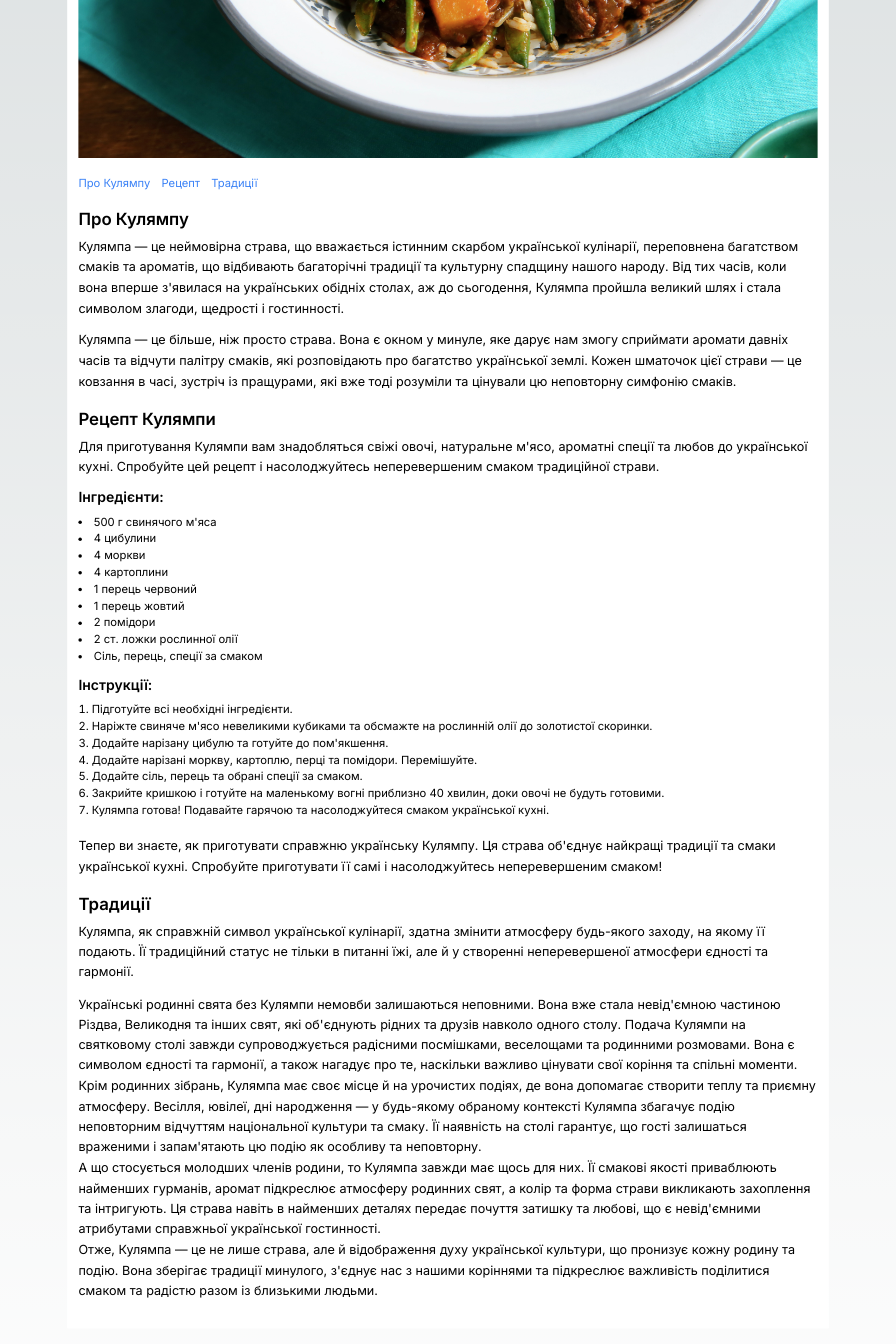
Repository: nika-otter/Kulyampa
Page: /
The author's editor kept a copy of each file at every save. The page is drawn from the files as they stood at one save, then again after the next save.
The browser window is 1280 px wide. The pictures show the part of the page from y = 734 to 2654 px (the page is 2940 px tall before and 3668 px after), at 70% of full size.
The project was rebuilt for these pictures with package versions that can differ from the ones it lists, and the page was loaded fresh each time. The framework's server and built-in components were replaced by stand-ins that run in the browser. Also part of the build but not shown: next.config.js.

Above is the page before, as saved 2023-08-19 02:23:56.

### app/layout.tsx
import Header from '@/components/Header'
import Footer from '@/components/Footer'
import './globals.css'
import type { Metadata } from 'next'
import { Inter } from 'next/font/google'

const inter = Inter({ subsets: ['latin'] })

export const metadata: Metadata = {
  title: 'Кулямпа',
  description: 'Йовбак Ніка Ігорівна жосткий SEO 18082023',
}

export default function RootLayout({
  children,
}: {
  children: React.ReactNode
}) {
  return (
    <html lang="en">
      <head>
        <meta name="google-site-verification" content="2mgyOlwwhb-FOBIHL0X8Rst2spNoz82k-JcZP-eiwag" />
      </head>
      <body className={inter.className}>
        <Header />

        <main className="flex min-h-screen flex-col items-center justify-between p-24">
            {children}
          </main>
        <Footer/>
        </body>

    </html>
  )
}

### app/page.tsx
import Kulyampa from '@/components/Kulyampa'
import Image from 'next/image'

export default function Home() {
  return (
    <>
      <Kulyampa />
    </>
  )
}

### components/Header.tsx
import Link from 'next/link'
import React from 'react'

const Header = () => {
  return (
    <header className="bg-gray-800 text-white py-4 px-4">
      <div className="container mx-auto flex justify-between items-center">
        <h1 className="text-xl font-semibold">Кулямпа</h1>
        <nav>
          <div className="flex space-x-4">
            <Link href="/">Кулямпа</Link>
            <Link href="/YN">SEO</Link>

          </div>
        </nav>
      </div>
    </header>
  )
}

export default Header

### components/Footer.tsx
import React from "react";

const Footer = () => {
  return (
    <footer className="bg-gray-800 text-white py-6 px-6">
      <div className="container mx-auto">
        <div className="grid grid-cols-1 md:grid-cols-3 gap-6">
          <div className="col-span-1 md:col-span-2">
            <h2 className="text-xl font-semibold mb-4">About Us</h2>
            <p className="text-gray-400">
              Lorem ipsum dolor sit amet, consectetur adipiscing elit. Sed nec
              feugiat libero, eu congue orci.
            </p>
          </div>
          <div>
            <h2 className="text-xl font-semibold mb-4">Contact Us</h2>
            <p className="text-gray-400">1234 Elm Street, City, Country</p>
            <p className="text-gray-400">contact@example.com</p>
            <p className="text-gray-400">123-456-7890</p>
          </div>
        </div>
        <div className="mt-6 ">
          <p className="text-gray-400 ">
            &copy; {new Date().getFullYear()} My Website. All rights reserved.
          </p>
        </div>
      </div>
    </footer>
  );
};

export default Footer;

### components/Kulyampa.tsx
import Image from 'next/image'
import React from 'react'

const Kulyampa = () => {
  return (
    <div className="bg-white p-4">
      <h1 className="text-3xl font-bold mb-4">Кулямпа: Традиційна українська страва</h1>
      <p className="text-gray-600 mb-2">Опубліковано 18 серпня 2023</p>
      <Image
        src="/ca-creative-yzFO7e_87fs-unsplash.jpg"
        alt="Кулямпа"
        className="w-full h-auto mb-6"
        width={128}
        height={128}
      />

      <nav className="mb-6">
        <ul className="flex space-x-4">
          <li>
            <a href="#about" className="text-blue-500 hover:underline">Про Кулямпу</a>
          </li>
          <li>
            <a href="#recipe" className="text-blue-500 hover:underline">Рецепт</a>
          </li>
          <li>
            <a href="#traditions" className="text-blue-500 hover:underline">Традиції</a>
          </li>
        </ul>
      </nav>

      <section id="about" className="mb-6">
        <h2 className="text-2xl font-semibold mb-2">Про Кулямпу</h2>
        <p className="text-lg leading-relaxed mb-4">
          <p className="text-lg leading-relaxed mb-4">
            <span>Кулямпа </span>
           — це неймовірна страва, що вважається істинним скарбом української кулінарії,
          переповнена багатством смаків та ароматів, що відбивають багаторічні традиції та культурну спадщину нашого народу.
          Від тих часів, коли вона вперше з'явилася на українських обідніх столах, аж до сьогодення,
          Кулямпа пройшла великий шлях і стала символом злагоди, щедрості і гостинності.
        </p>
        <p className="text-lg leading-relaxed mb-4">
          Кулямпа — це більше, ніж просто страва. Вона є окном у минуле, яке дарує нам змогу сприймати аромати давніх часів
          та відчути палітру смаків, які розповідають про багатство української землі. Кожен шматочок цієї страви — це ковзання в часі,
          зустріч із пращурами, які вже тоді розуміли та цінували цю неповторну симфонію смаків.
        </p>
        </p>
      </section>

      <section id="recipe" className="mb-6">
        <h2 className="text-2xl font-semibold mb-2">Рецепт Кулямпи</h2>
        <p className="text-lg leading-relaxed mb-4">
        Для приготування Кулямпи вам знадобляться свіжі овочі, натуральне м'ясо,
        ароматні спеції та любов до української кухні. Спробуйте цей рецепт і
        насолоджуйтесь неперевершеним смаком традиційної страви.
      </p>

      <h3 className="text-xl font-semibold mb-2">Інгредієнти:</h3>
      <ul className="list-disc list-inside mb-4">
        <li>500 г свинячого м'яса</li>
        <li>4 цибулини</li>
        <li>4 моркви</li>
        <li>4 картоплини</li>
        <li>1 перець червоний</li>
        <li>1 перець жовтий</li>
        <li>2 помідори</li>
        <li>2 ст. ложки рослинної олії</li>
        <li>Сіль, перець, спеції за смаком</li>
      </ul>

      <h3 className="text-xl font-semibold mb-2">Інструкції:</h3>
      <ol className="list-decimal list-inside mb-6">
        <li>Підготуйте всі необхідні інгредієнти.</li>
        <li>Наріжте свиняче м'ясо невеликими кубиками та обсмажте на рослинній олії до золотистої скоринки.</li>
        <li>Додайте нарізану цибулю та готуйте до пом'якшення.</li>
        <li>Додайте нарізані моркву, картоплю, перці та помідори. Перемішуйте.</li>
        <li>Додайте сіль, перець та обрані спеції за смаком.</li>
        <li>Закрийте кришкою і готуйте на маленькому вогні приблизно 40 хвилин, доки овочі не будуть готовими.</li>
        <li>Кулямпа готова! Подавайте гарячою та насолоджуйтеся смаком української кухні.</li>
      </ol>

      <p className="text-lg leading-relaxed">
        Тепер ви знаєте, як приготувати справжню українську Кулямпу. Ця страва
        об'єднує найкращі традиції та смаки української кухні. Спробуйте приготувати
        її самі і насолоджуйтесь неперевершеним смаком!
      </p>
      </section>

      <section id="traditions" className="mb-6">
        <h2 className="text-2xl font-semibold mb-2">Традиції</h2>
        <p className="text-lg leading-relaxed mb-4">
          Кулямпа, як справжній символ української кулінарії, здатна змінити атмосферу будь-якого заходу, на якому її подають.
          Її традиційний статус не тільки в питанні їжі, але й у створенні неперевершеної атмосфери єдності та гармонії.
        </p>
        <p className="text-lg leading-relaxed">
          Українські родинні свята без Кулямпи немовби залишаються неповними. Вона вже стала невід'ємною частиною Різдва, Великодня та інших свят,
          які об'єднують рідних та друзів навколо одного столу. Подача Кулямпи на святковому столі завжди супроводжується радісними посмішками,
          веселощами та родинними розмовами. Вона є символом єдності та гармонії, а також нагадує про те, наскільки важливо цінувати свої коріння та спільні моменти.
        </p>
        <p className="text-lg leading-relaxed">
          Крім родинних зібрань, Кулямпа має своє місце й на урочистих подіях, де вона допомагає створити теплу та приємну атмосферу. Весілля, ювілеї, дні народження —
          у будь-якому обраному контексті Кулямпа збагачує подію неповторним відчуттям національної культури та смаку. Її наявність на столі гарантує, що гості залишаться враженими
          і запам'ятають цю подію як особливу та неповторну.
        </p>
        <p className="text-lg leading-relaxed">
          А що стосується молодших членів родини, то Кулямпа завжди має щось для них. Її смакові якості приваблюють найменших гурманів, аромат підкреслює атмосферу родинних свят,
          а колір та форма страви викликають захоплення та інтригують. Ця страва навіть в найменших деталях передає почуття затишку та любові, що є невід'ємними атрибутами справжньої української гостинності.
        </p>
        <p className="text-lg leading-relaxed">
          Отже, Кулямпа — це не лише страва, але й відображення духу української культури, що пронизує кожну родину та подію. Вона зберігає традиції минулого, з'єднує нас з нашими коріннями
          та підкреслює важливість поділитися смаком та радістю разом із близькими людьми.
        </p>
      </section>


    </div>
  )
}

export default Kulyampa

Loaded but not shown: app/globals.css (common file); tailwind.config.ts (common file)

After the next save:
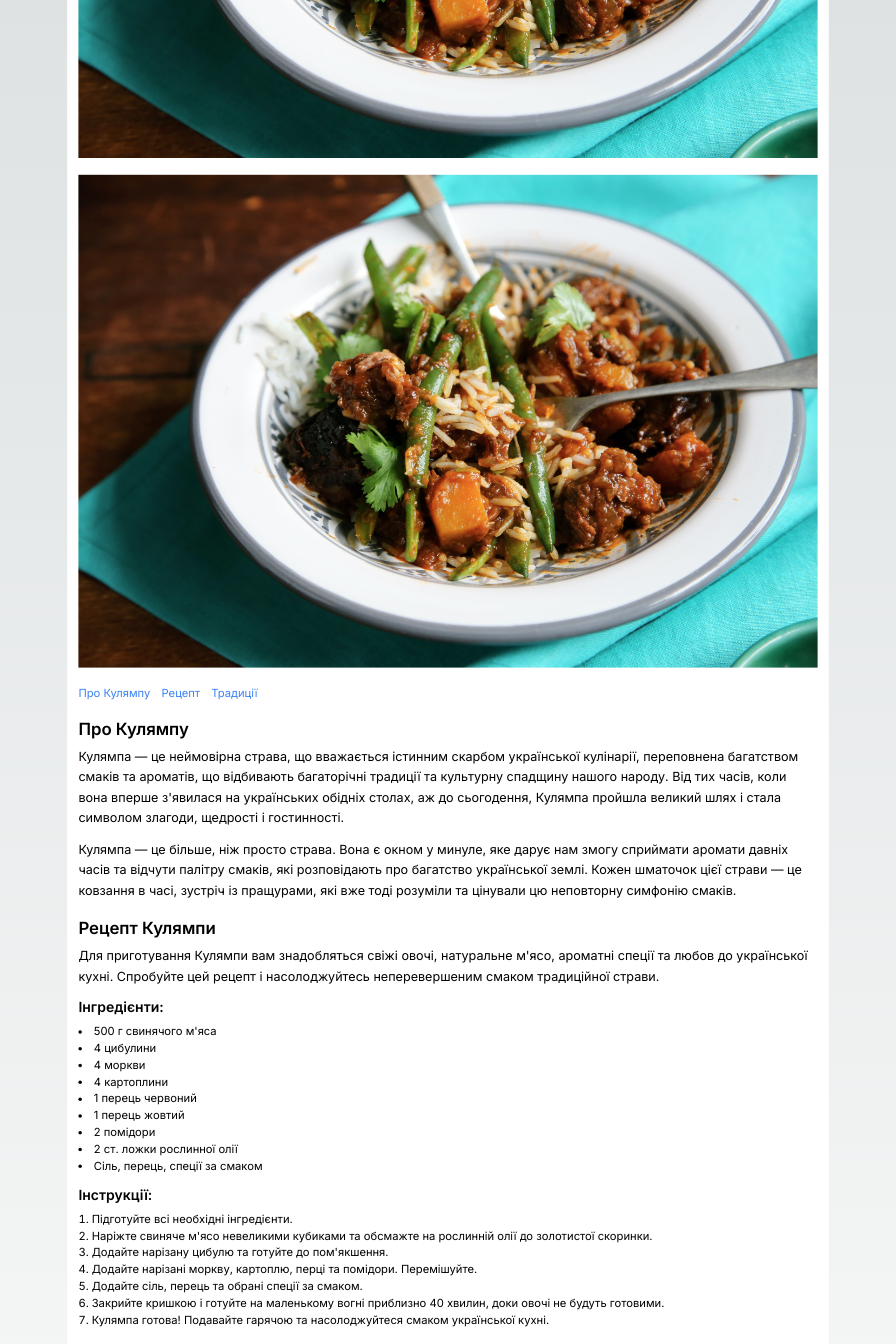
Saved 4 min 56 s later.
--- a/components/Kulyampa.tsx
+++ b/components/Kulyampa.tsx
@@ -13,7 +13,7 @@
         width={128}
         height={128}
       />
-
+        <img src="/ca-creative-yzFO7e_87fs-unsplash.jpg" alt="Кулямпа" className="w-full h-auto mb-6" />
       <nav className="mb-6">
         <ul className="flex space-x-4">
           <li>

After the save that followed:
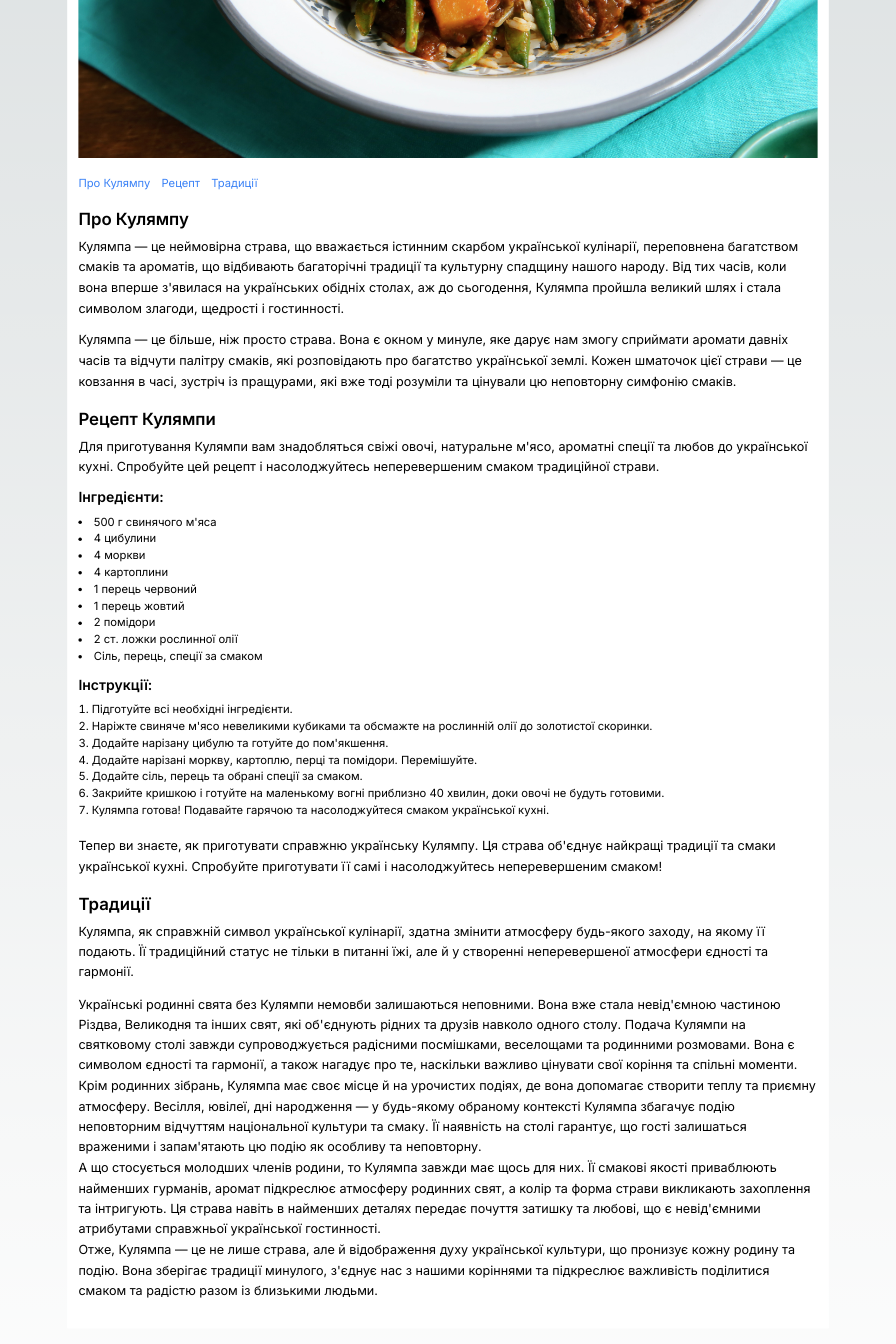
Saved 28 s later.
--- a/components/Kulyampa.tsx
+++ b/components/Kulyampa.tsx
@@ -6,13 +6,7 @@
     <div className="bg-white p-4">
       <h1 className="text-3xl font-bold mb-4">Кулямпа: Традиційна українська страва</h1>
       <p className="text-gray-600 mb-2">Опубліковано 18 серпня 2023</p>
-      <Image
-        src="/ca-creative-yzFO7e_87fs-unsplash.jpg"
-        alt="Кулямпа"
-        className="w-full h-auto mb-6"
-        width={128}
-        height={128}
-      />
+
         <img src="/ca-creative-yzFO7e_87fs-unsplash.jpg" alt="Кулямпа" className="w-full h-auto mb-6" />
       <nav className="mb-6">
         <ul className="flex space-x-4">
